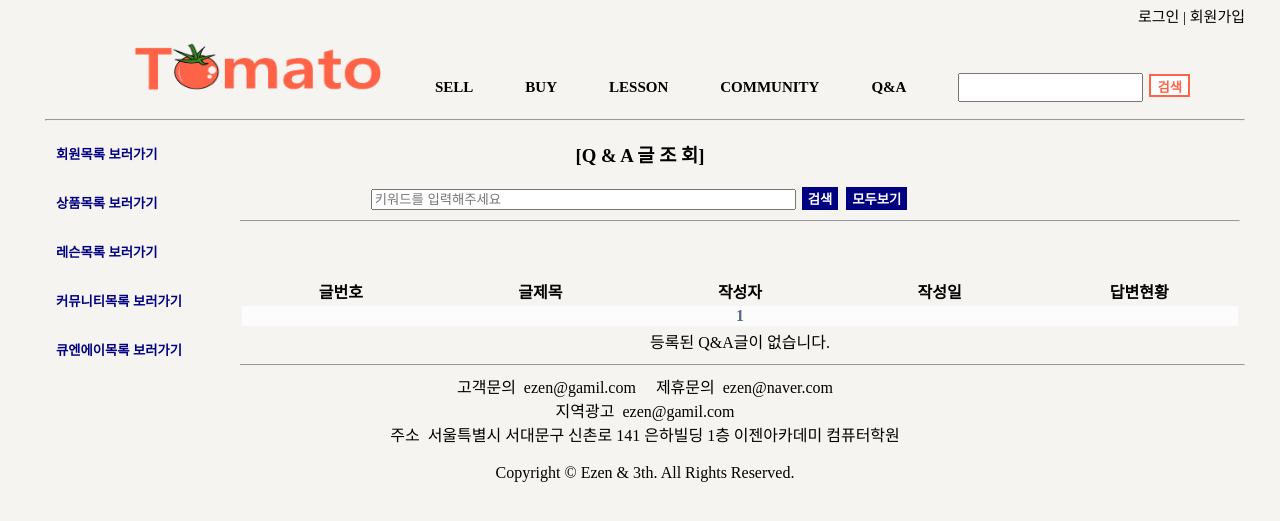
Repository: javadogfoot/semi-project
Page: http://localhost/tomato/admin/qnaListAll_admin.jsp
These files come from the project's save history. The page is drawn as it stood at one moment and after a run of saves; the edit follows.
The browser window is 1280 px wide. The pictures show the whole page.
The page is served by Tomcat 9. Queries for data that is not in the repository find no rows.

Above is the page before, as saved 2021-10-18 16:36:33.

After the next 2 saves:
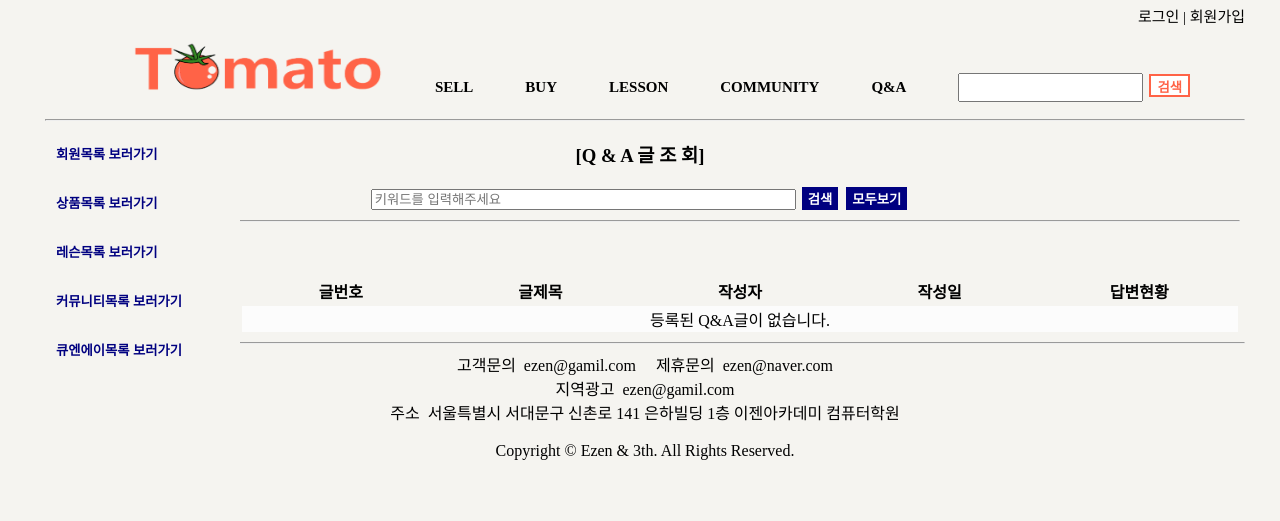
The 2 saves are shown as one change because they came seconds apart.
The last was saved 108 s later.
--- a/semi프로젝트워크스페이스/tomato/src/main/webapp/admin/qnaListAll_admin.jsp
+++ b/semi프로젝트워크스페이스/tomato/src/main/webapp/admin/qnaListAll_admin.jsp
@@ -146,32 +146,6 @@
                <th>답변현황</th>
             </tr>
          </thead>
-            <tr>
-               <td colspan="5" align="center">
-               <%
-               if(userGroup!=0){
-                  %>
-                  <a href="qnaListAll_admin.jsp?cp=<%=(userGroup-1)*pageSize+pageSize%>">&lt;&lt;</a>
-                  <%
-               }
-               %>
-               <%
-               for(int i=userGroup*pageSize+1;i<=userGroup*pageSize+pageSize;i++){
-                  %>&nbsp;&nbsp;&nbsp;<a href="qnaListAll_admin.jsp?cp=<%=i%>"><%=i%></a>&nbsp;&nbsp;&nbsp;<%
-                  if(i==totalPage){
-                     break;
-                  }
-               }
-               %>
-               <%
-               if(userGroup!=(totalPage/pageSize)-(totalPage%pageSize==0?1:0)){
-                  %>
-                  <a href="qnaListAll_admin.jsp?cp=<%=(userGroup+1)*pageSize+1%>">&gt;&gt;</a>
-                  <%
-               }
-               %>
-               </td>
-            </tr>
             <%
             ArrayList<QnaDTO> arr=qdao.qnaList(cp,listSize);
             if(arr==null||arr.size()==0){

After the save that followed:
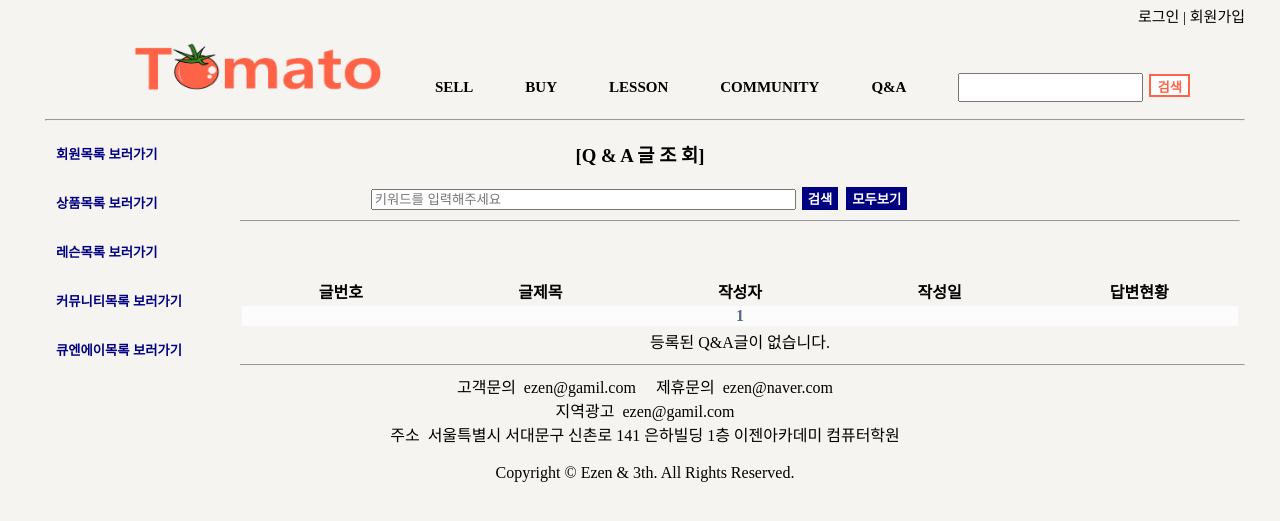
Saved 26 s later.
--- a/semi프로젝트워크스페이스/tomato/src/main/webapp/admin/qnaListAll_admin.jsp
+++ b/semi프로젝트워크스페이스/tomato/src/main/webapp/admin/qnaListAll_admin.jsp
@@ -146,6 +146,32 @@
                <th>답변현황</th>
             </tr>
          </thead>
+            <tr>
+               <td colspan="5" align="center">
+               <%
+               if(userGroup!=0){
+                  %>
+                  <a href="qnaListAll_admin.jsp?cp=<%=(userGroup-1)*pageSize+pageSize%>">&lt;&lt;</a>
+                  <%
+               }
+               %>
+               <%
+               for(int i=userGroup*pageSize+1;i<=userGroup*pageSize+pageSize;i++){
+                  %>&nbsp;&nbsp;&nbsp;<a href="qnaListAll_admin.jsp?cp=<%=i%>"><%=i%></a>&nbsp;&nbsp;&nbsp;<%
+                  if(i==totalPage){
+                     break;
+                  }
+               }
+               %>
+               <%
+               if(userGroup!=(totalPage/pageSize)-(totalPage%pageSize==0?1:0)){
+                  %>
+                  <a href="qnaListAll_admin.jsp?cp=<%=(userGroup+1)*pageSize+1%>">&gt;&gt;</a>
+                  <%
+               }
+               %>
+               </td>
+            </tr>
             <%
             ArrayList<QnaDTO> arr=qdao.qnaList(cp,listSize);
             if(arr==null||arr.size()==0){
